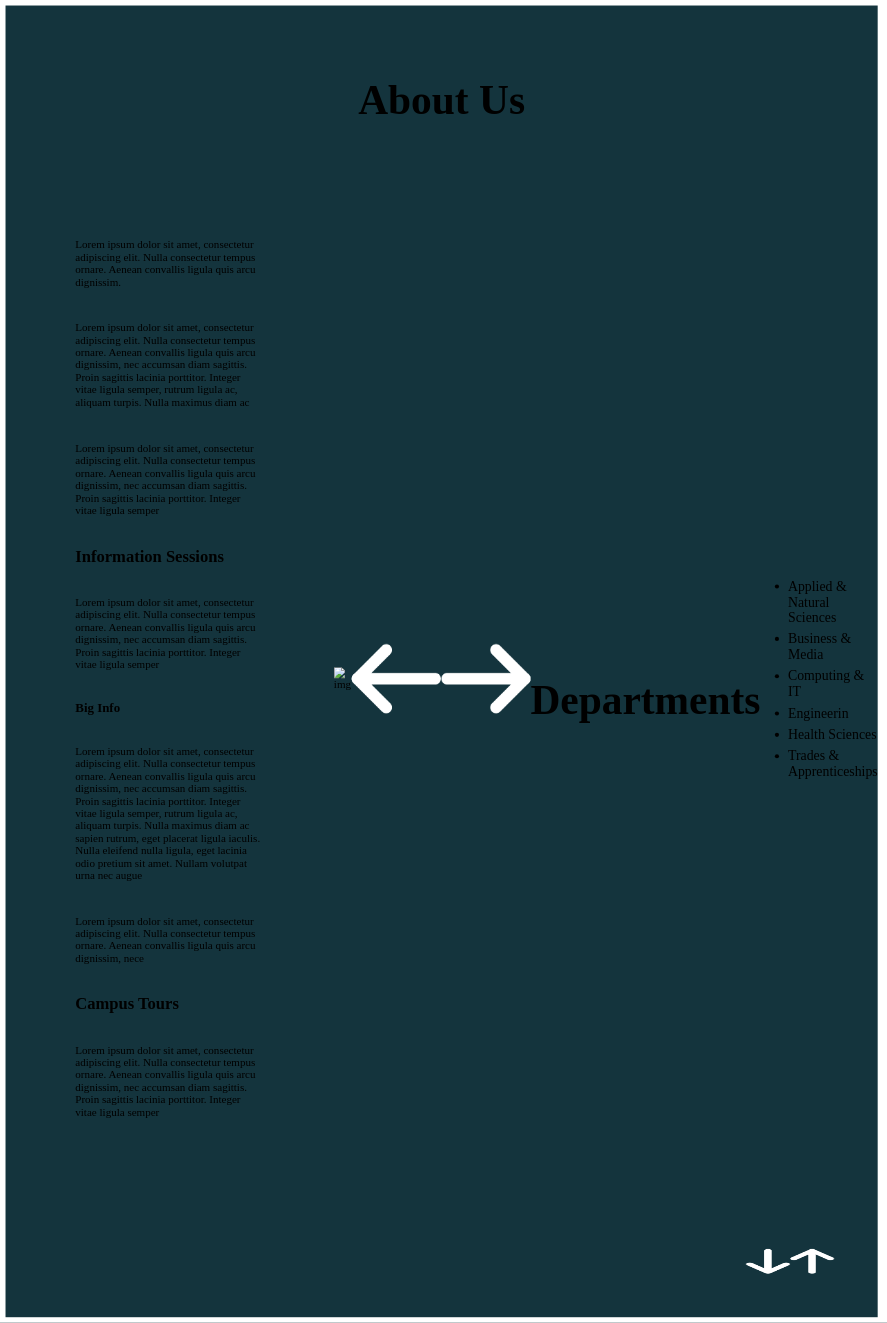
Repository: sierralaurent/MDIA2109-Assignment01
Page: /about
These files come from the project's save history. The page is drawn as it stood at one moment and after the next save; the edit follows.
The browser window is 1280 px wide. The page is 1286 px wide, so the pictures cover 1286 px, including what lies to the right of the window. The pictures show the whole page, at 69% of full size.
The project was rebuilt for these pictures with package versions that can differ from the ones it lists, and the page was loaded fresh each time. The framework's server and built-in components were replaced by stand-ins that run in the browser. Also part of the build but not shown: next.config.js, components/carousel/carousel.module.css, components/carousel/index.js.

Above is the page before, as saved 2023-02-05 11:49:54.

### pages/about.js
import Head from 'next/head'
import Image from 'next/image'
import { Inter } from '@next/font/google'
import styles from '@/styles/About.module.css'
import Link from 'next/link'
import App from 'components/carousel/index';
import React from 'react';
import ReactDOM from 'react-dom'

export default function About() {
    return (
        <>
        <Head>
        <title>About Us</title>
        <meta name="author" content="MDIA 2109" />
        <meta property="og:title" content="Assignment #1 - About Us Page" />
        <meta property="og:description" content="BCIT Digital Design and Development Diploma" />
        <link rel="icon" href="/favicon.png" />
      </Head>
      <main className={styles.mainABOUT}>
        <div className={styles.About}>
        <h1>About Us</h1>
        </div>
        <div className={styles.infodiv}>
        <div className={styles.info}>
        <p>Lorem ipsum dolor sit amet, consectetur adipiscing elit. Nulla consectetur tempus ornare. Aenean convallis ligula quis arcu dignissim.</p>
        <p>Lorem ipsum dolor sit amet, consectetur adipiscing elit. Nulla consectetur tempus ornare. Aenean convallis ligula quis arcu dignissim, nec accumsan diam sagittis. Proin sagittis lacinia porttitor. Integer vitae ligula semper, rutrum ligula ac, aliquam turpis. Nulla maximus diam ac</p>
        <p>Lorem ipsum dolor sit amet, consectetur adipiscing elit. Nulla consectetur tempus ornare. Aenean convallis ligula quis arcu dignissim, nec accumsan diam sagittis. Proin sagittis lacinia porttitor. Integer vitae ligula semper</p>
        <h2>Information Sessions</h2>
        <p>Lorem ipsum dolor sit amet, consectetur adipiscing elit. Nulla consectetur tempus ornare. Aenean convallis ligula quis arcu dignissim, nec accumsan diam sagittis. Proin sagittis lacinia porttitor. Integer vitae ligula semper</p>
        <h3>Big Info</h3>
        <p>Lorem ipsum dolor sit amet, consectetur adipiscing elit. Nulla consectetur tempus ornare. Aenean convallis ligula quis arcu dignissim, nec accumsan diam sagittis. Proin sagittis lacinia porttitor. Integer vitae ligula semper, rutrum ligula ac, aliquam turpis. Nulla maximus diam ac sapien rutrum, eget placerat ligula iaculis. Nulla eleifend nulla ligula, eget lacinia odio pretium sit amet. Nullam volutpat urna nec augue</p>
        <p>Lorem ipsum dolor sit amet, consectetur adipiscing elit. Nulla consectetur tempus ornare. Aenean convallis ligula quis arcu dignissim, nece</p>
        <h2>Campus Tours</h2>
        <p>Lorem ipsum dolor sit amet, consectetur adipiscing elit. Nulla consectetur tempus ornare. Aenean convallis ligula quis arcu dignissim, nec accumsan diam sagittis. Proin sagittis lacinia porttitor. Integer vitae ligula semper</p>
        </div>
        <div className="App">
        <div className="carousel">
        <img
                className={styles.img1}
                alt="img"
              ></img>

        </div>
      </div>
        <img src="/icons/leftArrow.png" alt="leftArrow"></img>
        <img src="/icons/rightArrow.png" alt="rightArrow"></img>
          <div  className={styles.About}>
          <h1>Departments</h1>
          </div>
          <div className={styles.infodiv}>
          <div className={styles.info}>
        <ul>
            <li>Applied & Natural Sciences</li>
            <li>Business & Media</li>
            <li>Computing & IT</li>
            <li>Engineerin</li>
            <li>Health Sciences</li>
            <li>Trades & Apprenticeships</li>
        </ul>
        </div>
          </div>
        </div>
        <div className={styles.arrows}>
            <a href="/contact">
              <span>
              <img src="icons/upwardArrow.png" className={styles.icon2}/>
              <img src="icons/downwardArrow.png" className={styles.icon2}/>
              </span>
            </a>
          </div>
      </main>
        </>

    )
  }

### styles/About.module.css
.mainABOUT {
    background-color: #14343d;
  }

  .About {
    display: flex;
    justify-content: center;
    padding-top: 5%;
    font-size: 30px;
  }

  .infodiv {
    display: flex;
    justify-content: center;
    align-items: center ;
  }

  .info p {
    padding-top: 3%;
    padding-bottom: 3%;
    font-size: 16px;
  }

  .info li {
    padding-top: 3%;
    padding-bottom: 3%;
    font-size: 20px;
  }
  .info {
    display: flex;
    flex-direction: column;
    justify-content: left;
    padding: 8%;
  }

  .icon2 {
    width: 5vw;
    height: 5vh;
    float: right;
  }

  .arrows {
    display: flex;
    flex-direction: column;
    padding: 5%;
  }


/* Desktop */
@media only screen and (min-width: 1000px) {

}


/* Tablet or iPad Air */
@media only screen and (min-width: 600px) and (max-width: 999px ) {

}

/* Mobile or iPhone XR */
@media only screen and (max-width: 599px ) {

}

Loaded but not shown: pages/_document.js (common file); pages/api/hello.js (common file)

After the next save:
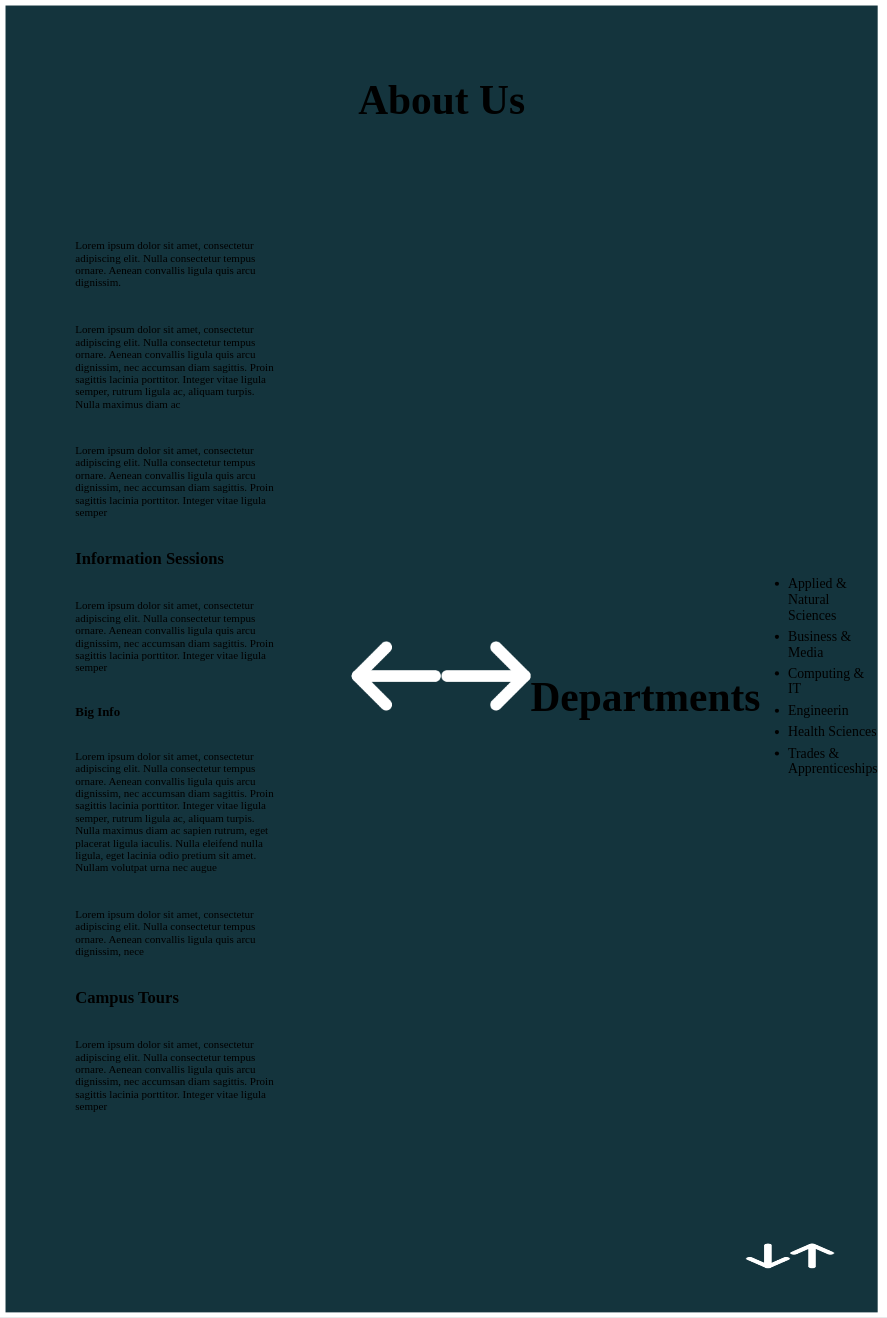
Saved 16 s later.
--- a/pages/about.js
+++ b/pages/about.js
@@ -36,10 +36,6 @@ export default function About() {
         </div>
         <div className="App">
         <div className="carousel">
-        <img
-                className={styles.img1}
-                alt="img"
-              ></img>
 
         </div>
       </div>
